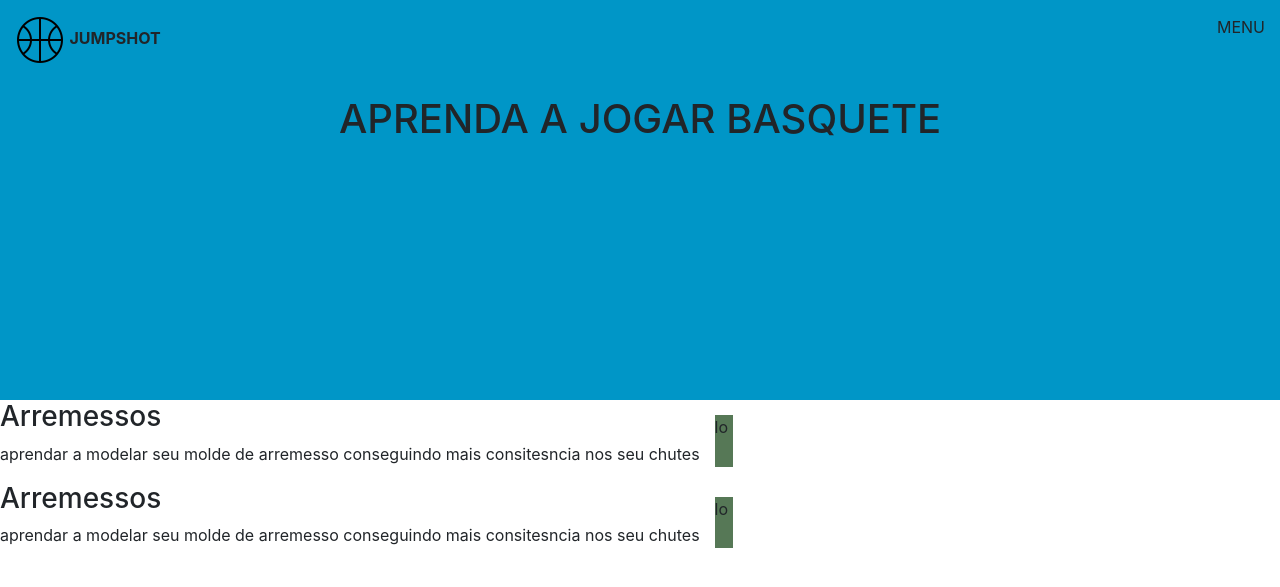
Repository: luisbisp/Jumpshot
Page: index.htm
An editor plug-in stored every save of this project. The page is shown before and after the next save, followed by the edit.
The browser window is 1280 px wide. The pictures show the whole page.

Above is the page before, as saved 2021-07-07 13:15:33.

### index.htm
<!DOCTYPE html>
<html lang="en">

<head>
    <meta charset="UTF-8">
    <meta http-equiv="X-UA-Compatible" content="IE=edge">
    <meta name="viewport" content="width=device-width, initial-scale=1.0">
    <link rel="preconnect" href="https://fonts.googleapis.com">
    <link rel="preconnect" href="https://fonts.gstatic.com" crossorigin>
    <link href="https://fonts.googleapis.com/css2?family=Poppins:wght@300;400;500&display=swap" rel="stylesheet">
    <link rel="stylesheet" href="https://maxcdn.bootstrapcdn.com/bootstrap/4.0.0/css/bootstrap.min.css" integrity="sha384-Gn5384xqQ1aoWXA+058RXPxPg6fy4IWvTNh0E263XmFcJlSAwiGgFAW/dAiS6JXm" crossorigin="anonymous">
    <link rel="stylesheet" href="./styles/styles.css">
    <title>jumpshot</title>
</head>

<body>
    <div class="container-fluid p-0">  <!-- div com todo conteudo da pagina -->


        <header> <!-- div com conteudo do cabeçalho -->
            <div class="div-header">
                <div class="logo">
                    <img src="./images/logo.png" alt="">
                    <strong>JUMPSHOT</strong></div>
                <div class="menu">
                    MENU
                </div>
            </div>
            <div class="div-title">
                <h1> APRENDA A JOGAR BASQUETE</h1>
                <img src=""  alt="">
            </div>
        </header>

         <!-- divs com o conteudo da pagina -->
        <div class="content">
            <div class="words">
                <h3>Arremessos</h3>
                <p>aprendar a modelar seu molde de arremesso conseguindo mais consitesncia nos seu chutes</p>
            </div>
            <div class="div-image">
                lo
                <img src="" alt="">
            </div>
        </div>

        <div class="content">
            <div class="words">
                <h3>Arremessos</h3>
                <p>aprendar a modelar seu molde de arremesso conseguindo mais consitesncia nos seu chutes</p>
            </div>
            <div class="div-image">
                lo
                <img src="" alt="">
            </div>
        </div>

    </div>
</body>

</html>

### styles/styles.css
 header {
     background-color: #0096c7;
     height: 400px;
 }
 .div-header{
       display: flex;
       justify-content: space-between;
}

.logo{
    margin: 15px;
}

.menu{
    margin: 15px;
}

.div-title{
    display: flex;
    justify-content: center;
    margin: 15px;
}

.content{
    display: flex;

}

.div-image{
    background-color: #567856;
    margin: 15px;
}

After the next save:
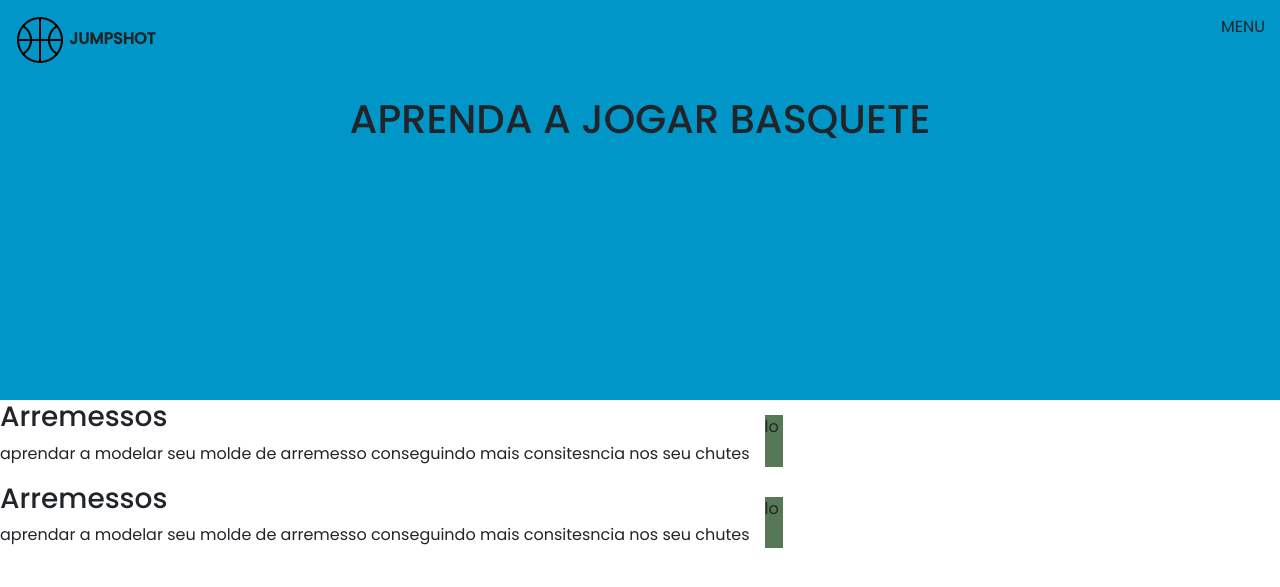
Saved 18 s later.
--- a/styles/styles.css
+++ b/styles/styles.css
@@ -1,3 +1,6 @@
+ *{
+    font-family: 'Poppins', sans-serif;
+ }
  header {
      background-color: #0096c7;
      height: 400px;
